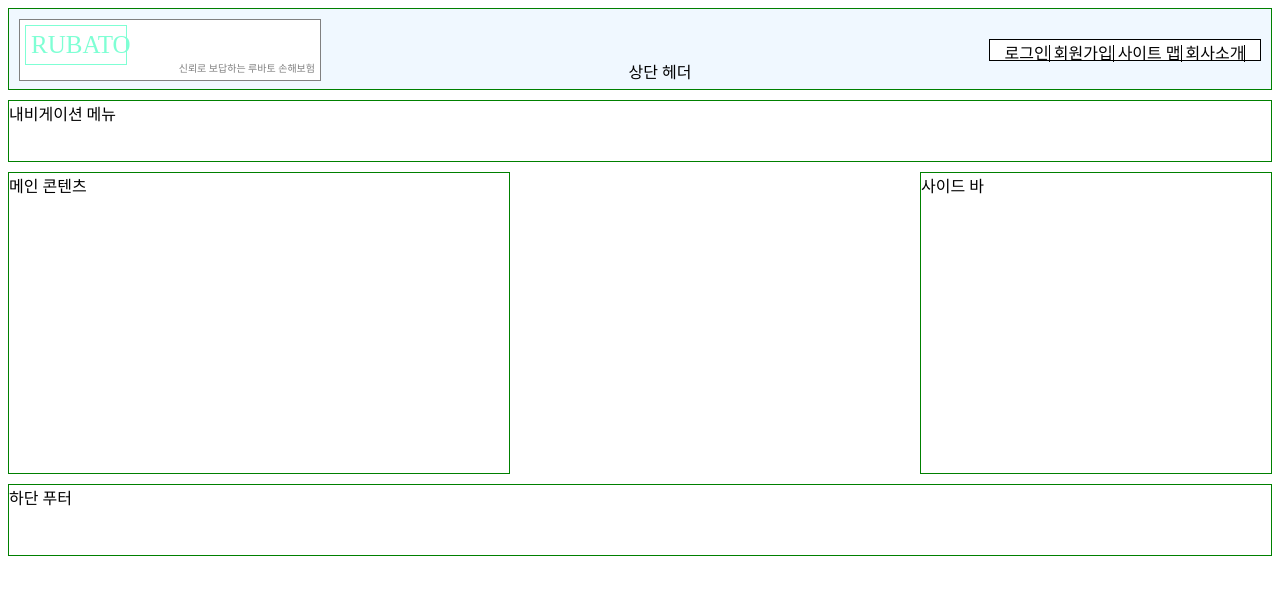
Repository: woosungtae/html_css
Page: pro01/public/woosungtae_2.html
These files come from the project's save history. The page is drawn as it stood at one moment and after the next save; the edit follows.
The browser window is 1280 px wide. The pictures show the whole page.

Above is the page before, as saved 2022-12-14 04:58:43.

After the next save:
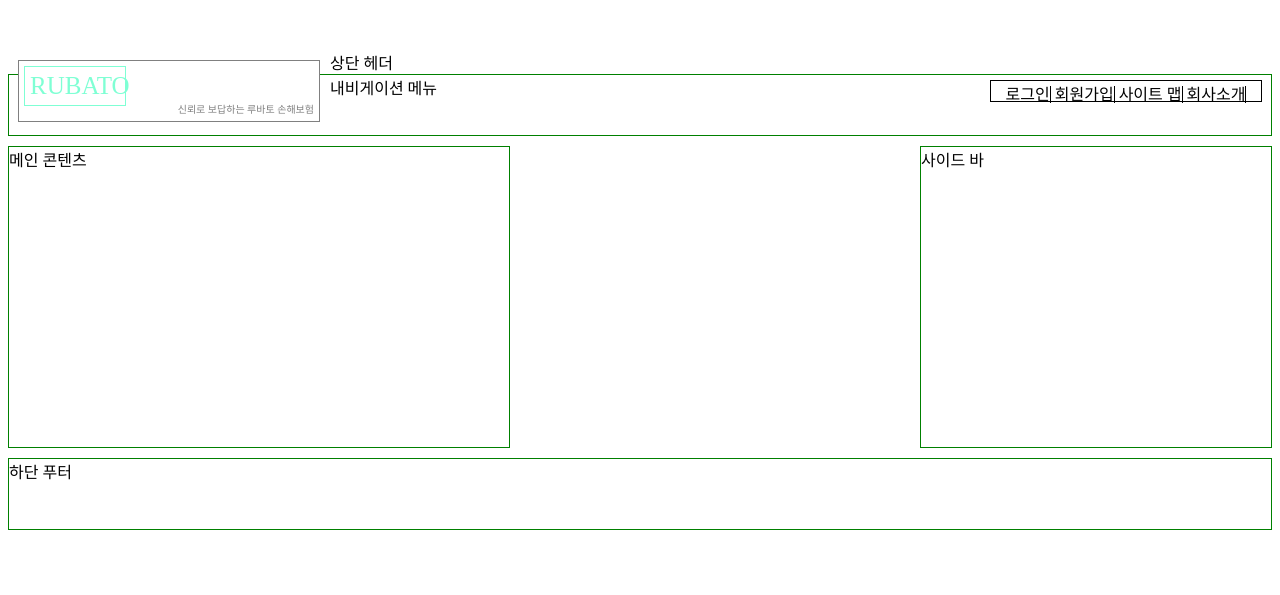
Saved 20 s later.
--- a/pro01/public/woosungtae_2.html
+++ b/pro01/public/woosungtae_2.html
@@ -4,9 +4,7 @@
     <meta charset="UTF-8">
     <title>2번시험</title>
     <style>
-        * {
-            padding: 0;
-            margin: 5;
+
         }
         header {
             border : 1px solid green;

After the save that followed:
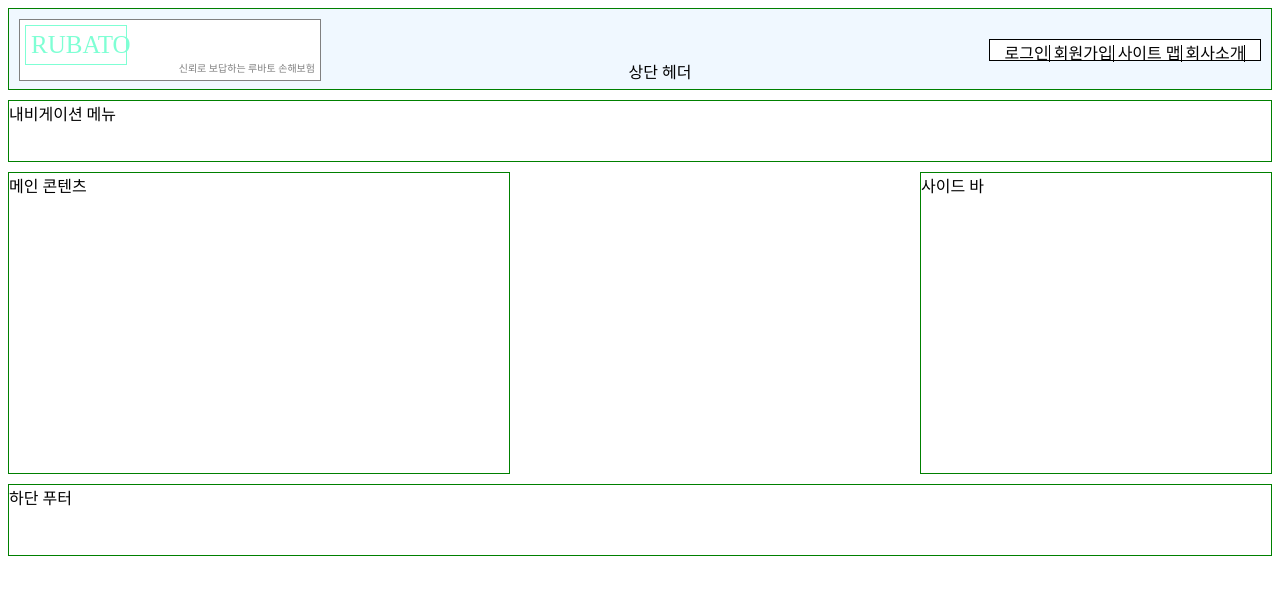
Saved 9 s later.
--- a/pro01/public/woosungtae_2.html
+++ b/pro01/public/woosungtae_2.html
@@ -4,7 +4,9 @@
     <meta charset="UTF-8">
     <title>2번시험</title>
     <style>
-
+         * {
+            padding: 0;
+            margin: 5;
         }
         header {
             border : 1px solid green;
